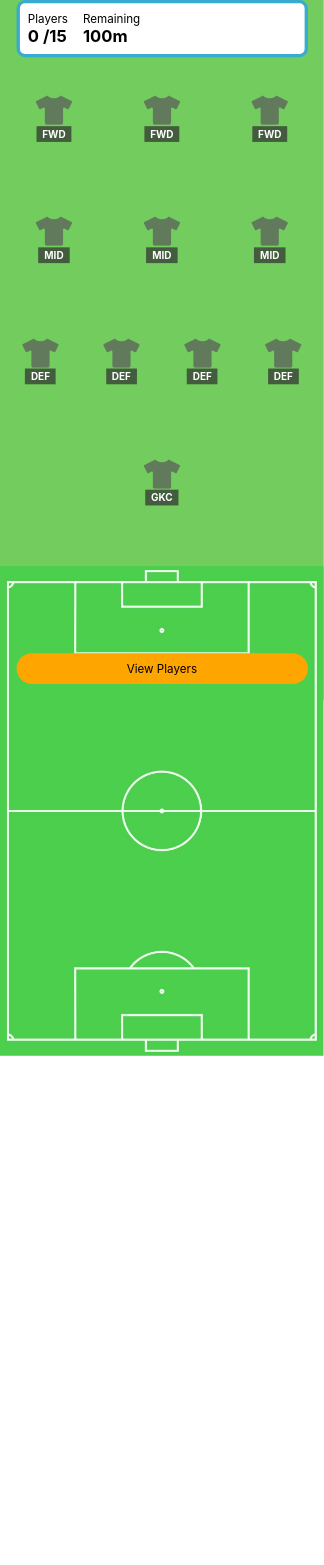
Repository: JavaidAhmadKhan/UEFA
Screen: /
An editor plug-in stored every save of this project. The screen is shown before and after the next save, followed by the edit.
The pictures are shown at 83% of full size.
The app was drawn by React Native's web renderer in a window 390 px wide. The project was rebuilt for these pictures with package versions that can differ from the ones it lists, and the page was loaded fresh each time. Some packages were replaced by stand-ins written for this rebuild.

Above is the screen before, as saved 2021-07-07 12:09:54.

### App.tsx
import "react-native-gesture-handler";
import { StatusBar } from "expo-status-bar";
import React from "react";
import { SafeAreaProvider } from "react-native-safe-area-context";

import useCachedResources from "./hooks/useCachedResources";
import useColorScheme from "./hooks/useColorScheme";
import TabOneScreen from "./screens/TabOneScreen";

export default function App() {
  const isLoadingComplete = useCachedResources();
  const colorScheme = useColorScheme();

  if (!isLoadingComplete) {
    return null;
  } else {
    return (
      <SafeAreaProvider>
        <TabOneScreen />

        <StatusBar />
      </SafeAreaProvider>
    );
  }
}

### screens/TabOneScreen.tsx
import * as React from "react";
import {
  StyleSheet,
  SafeAreaView,
  Platform,
  Pressable,
  Text,
} from "react-native";

import Field from "../components/Field";
import TeamStats from "../components/TeamStats";

export default function TabOneScreen() {
  const viewPlayers = () => {
    console.warn("View Player");
  };

  return (
    <SafeAreaView style={styles.container}>
      <TeamStats />
      <Field />
      <Pressable onPress={viewPlayers} style={styles.buttonContainer}>
        <Text>View Players</Text>
      </Pressable>
    </SafeAreaView>
  );
}

const styles = StyleSheet.create({
  container: {
    flex: 1,
    alignItems: "center",
    backgroundColor: "#72CC5E",
    paddingTop: Platform.OS === "android" ? 30 : 0,
  },
  buttonContainer: {
    backgroundColor: "orange",
    width: "90%",
    margin: 20,
    padding: 10,
    alignItems: "center",
    borderRadius: 50,
    marginTop: "auto",
  },
});

### components/Field.tsx
import React from "react";
import {
  StyleSheet,
  ImageBackground,
  SafeAreaView,
  Platform,
  Text,
  View,
} from "react-native";

import field from "../assets/images/field.jpg";
import FieldPlayer from "./FieldPlayer";

const players: { [key: string]: null[] } = {
  FWD: [null, null, null],
  MID: [null, null, null],
  DEF: [null, null, null, null],
  GKC: [null],
};

const Field = () => {
  return (
    <ImageBackground
      source={field}
      resizeMode="contain"
      style={{
        width: "100%",
        aspectRatio: 2 / 3,
        justifyContent: "space-around",
        alignItems: "center",
      }}
    >
      {Object.keys(players).map((position) => (
        <View
          style={{
            flexDirection: "row",
            justifyContent: "space-around",
            width: "100%",
          }}
        >
          {players[position].map((player) => (
            <FieldPlayer player={player} position={position} />
          ))}
        </View>
      ))}
    </ImageBackground>
  );
};

export default Field;

### components/TeamStats.tsx
import React from "react";
import { View, Text, StyleSheet } from "react-native";

const TeamStats = () => {
  return (
    <View style={styles.container}>
      <View style={styles.valueContainer}>
        <Text style={styles.label}>Players</Text>
        <Text style={styles.value}>0 /15</Text>
      </View>

      <View>
        <Text style={styles.label}>Remaining</Text>
        <Text style={styles.value}>100m</Text>
      </View>
    </View>
  );
};

const styles = StyleSheet.create({
  container: {
    backgroundColor: "white",
    width: "90%",
    borderWidth: 4,
    borderColor: "#38abd1",
    borderRadius: 10,
    flexDirection: "row",
    padding: 10,
  },
  valueContainer: {
    marginRight: 18,
  },
  label: {
      color: "black",
  },
  value: {
    fontSize: 20,
    fontWeight: "bold",
  },
});

export default TeamStats;

### components/FieldPlayer.tsx
import React from "react";
import { View, Text } from "react-native";
import { FontAwesome5 } from "@expo/vector-icons";

type FieldPlayerProps = {
  player: null;
  position: string;
};

const FieldPlayer = (props: FieldPlayerProps) => {
  const { player, position } = props;

  return (
    <View style={{ alignItems: "center" }}>
      <FontAwesome5
        name="tshirt"
        size={35}
        color={player ? "#d170db" : "#5c5c5cbb"}
      />
      <Text
        style={{
          backgroundColor: "#333333bb",
          color: "white",
          fontWeight: "bold",
          fontSize: 12,
          padding: 2,
          paddingHorizontal: 7,
        }}
      >
        {position}
      </Text>
    </View>
  );
};

export default FieldPlayer;

Loaded but not shown: hooks/useCachedResources.ts (common file); hooks/useColorScheme.ts (common file)

After the next save:
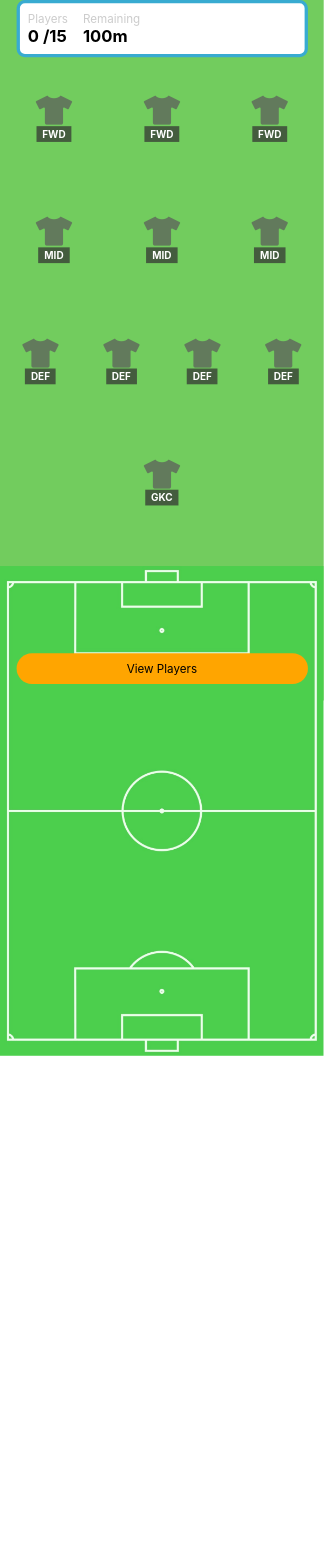
Saved 7 s later.
--- a/components/TeamStats.tsx
+++ b/components/TeamStats.tsx
@@ -31,7 +31,7 @@ const styles = StyleSheet.create({
     marginRight: 18,
   },
   label: {
-      color: "black",
+      color: "#ccc",
   },
   value: {
     fontSize: 20,
